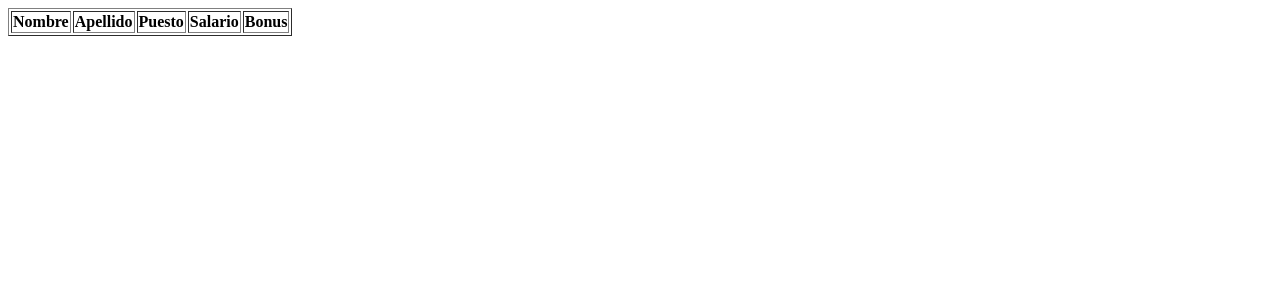
Repository: FernandoJFernandez/Curso-java-2022
Page: http://localhost/Primeros_pasos_JSP/RecorreEmpleados3.jsp
The author's editor kept a copy of each file at every save. The page is drawn from the files as they stood at one save, then again after the next save.
The browser window is 1280 px wide. The pictures show the whole page.
The page is served by Tomcat 9. Other server files are loaded and not shown. Queries for data that is not in the repository find no rows.

Above is the page before, as saved 2023-04-24 16:28:24.

### Primeros_pasos_JSP/src/main/webapp/RecorreEmpleados3.jsp
<%@ page language="java" contentType="text/html; charset=UTF-8"
    pageEncoding="UTF-8"%>

<%@ taglib uri="http://java.sun.com/jsp/jstl/core" prefix= "c" %>
<%@ page import = "java.util.*, java.sql.*, pildorasinformaticas.com.jsptags.Empleado" %>

<%
	ArrayList<Empleado> datos = new ArrayList<>();
	Class.forName("com.mysql.cj.jdbc.Driver");

	try{
		Connection miConexion = DriverManager.getConnection("jdbc:mysql://localhost:3306/proyecto_jsp","root","");
		Statement miStatement = miConexion.createStatement();
		String instruccionSql = "SELECT * FROM EMPLEADOS";
		ResultSet rs = miStatement.executeQuery(instruccionSql);

		while(rs.next()){
			datos.add(new Empleado(rs.getString(1), rs.getString(2), rs.getString(3), rs.getDouble(4)));
		}
		rs.close();
		miConexion.close();

	}catch(Exception e){
		out.println("ha habido un error");
	}
	pageContext.setAttribute("losEmpleados",datos);
%>

<!DOCTYPE html>
<html>
<head>
	<meta charset="UTF-8">
	<title>Video 244-245: Recorre Empleados JSP_Tags</title>
	<style>
	.cabecera{
		font-weight:bold;
	}
	</style>
</head>
<body>
	<table border="1">
		<tr class="cabecera"><td>Nombre</td><td>Apellido</td><td>Puesto</td><td>Salario</td><td>Bonus</td></tr>

		<c:forEach var="EmpTemp" items="${losEmpleados}">
		<tr>
			<td>${EmpTemp.nombre}</td><td> ${EmpTemp.apellido}</td><td> ${EmpTemp.puesto}</td><td> ${EmpTemp.salario}</td>
			<td>
				<c:if test="${EmpTemp.salario<40000}">5000</c:if>
				<c:if test="${EmpTemp.salario>=40000}">-----</c:if>
			</td>
		</tr>
		</c:forEach>

	</table>
</body>
</html>

After the next save:
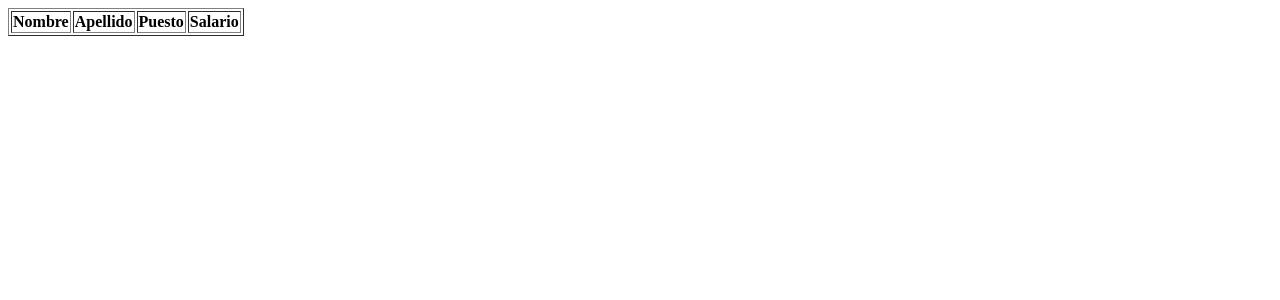
Saved 39 s later.
--- a/Primeros_pasos_JSP/src/main/webapp/RecorreEmpleados3.jsp
+++ b/Primeros_pasos_JSP/src/main/webapp/RecorreEmpleados3.jsp
@@ -39,15 +39,12 @@
 </head>
 <body>
 	<table border="1">
-		<tr class="cabecera"><td>Nombre</td><td>Apellido</td><td>Puesto</td><td>Salario</td><td>Bonus</td></tr>
+		<tr class="cabecera"><td>Nombre</td><td>Apellido</td><td>Puesto</td><td>Salario</td></tr>
 
 		<c:forEach var="EmpTemp" items="${losEmpleados}">
 		<tr>
 			<td>${EmpTemp.nombre}</td><td> ${EmpTemp.apellido}</td><td> ${EmpTemp.puesto}</td><td> ${EmpTemp.salario}</td>
-			<td>
-				<c:if test="${EmpTemp.salario<40000}">5000</c:if>
-				<c:if test="${EmpTemp.salario>=40000}">-----</c:if>
-			</td>
+
 		</tr>
 		</c:forEach>
 
